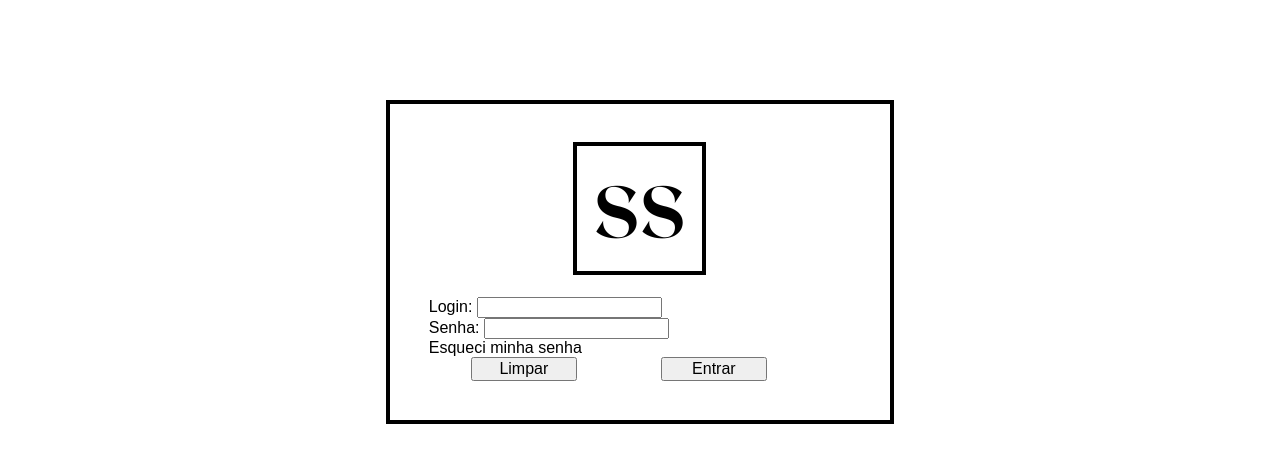
Repository: FaculdadeSenaiJoinville/PiMichelBaade
Page: ProjetoIndividual/WebContent/index.html
An editor plug-in stored every save of this project. The page is shown before and after the next save, followed by the edit.
The browser window is 1280 px wide. The pictures show the whole page.

Above is the page before, as saved 2021-08-10 23:57:47.

### ProjetoIndividual/WebContent/index.html
<!DOCTYPE html>
<html lang="pt-br">
<head>
	<meta charset="UTF-8">
	<meta name="description" content="Site da Software dos Sonhos">
	<meta name="keywords" content="Padaria, Software, Sonhos">
	<meta name="author" content="Michel Baade">
	<meta name="viewport" content="width=device-width, initial-scale=1.0">
	<title>Software dos Sonhos</title>
	<link rel="stylesheet" type="text/css" href="css/site.css">
</head>
<body>
	<form name="frmlogin" method="post" action="#">
		<div id="camposlogin"><img src="imgs/logo.png" alt="Logo da Software dos Sonhos"></div>
		<br>

		<label for="login">Login: </label>
		<input type="text" name="txtlogin" id="login"><br>
		<label for="senha">Senha: </label>
		<input type="password" name="txtsenha" id="senha"><br>

		<a>Esqueci minha senha</a><br>
		<button type="reset">Limpar</button><button type="reset">Entrar</button>


	</form>
</body>
</html>

### ProjetoIndividual/WebContent/css/site.css
@charset "UTF-8";

body{
	width: 100%;
	margin: 0 auto;
	font-family: "Century Gothic", sans-serif;
	height: 100%;
}
img{
	border:4px solid #000;
	height: 125px;
	width: 125px;
}
form{
	border:4px solid #000;
	width: 33%;
	margin: 100px auto;
	height: 33%;
	padding: 3%;
}
div {
  text-align: center;
}
a {
	margin-top: 5px;
}
button {
	width: 25%;
	font-size: 16px;
	margin: 0 10%;
}

After the next save:
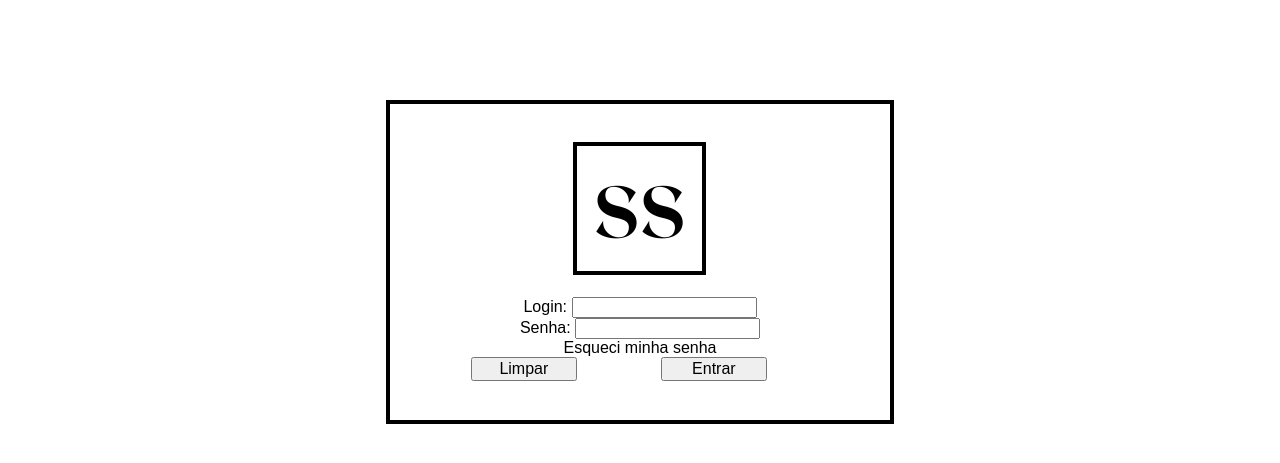
Saved 55 s later.
--- a/ProjetoIndividual/WebContent/index.html
+++ b/ProjetoIndividual/WebContent/index.html
@@ -13,13 +13,14 @@
 	<form name="frmlogin" method="post" action="#">
 		<div id="camposlogin"><img src="imgs/logo.png" alt="Logo da Software dos Sonhos"></div>
 		<br>
-
+		<div id="camposlogin">
 		<label for="login">Login: </label>
 		<input type="text" name="txtlogin" id="login"><br>
 		<label for="senha">Senha: </label>
 		<input type="password" name="txtsenha" id="senha"><br>
 
 		<a>Esqueci minha senha</a><br>
+		</div>
 		<button type="reset">Limpar</button><button type="reset">Entrar</button>
 
 
